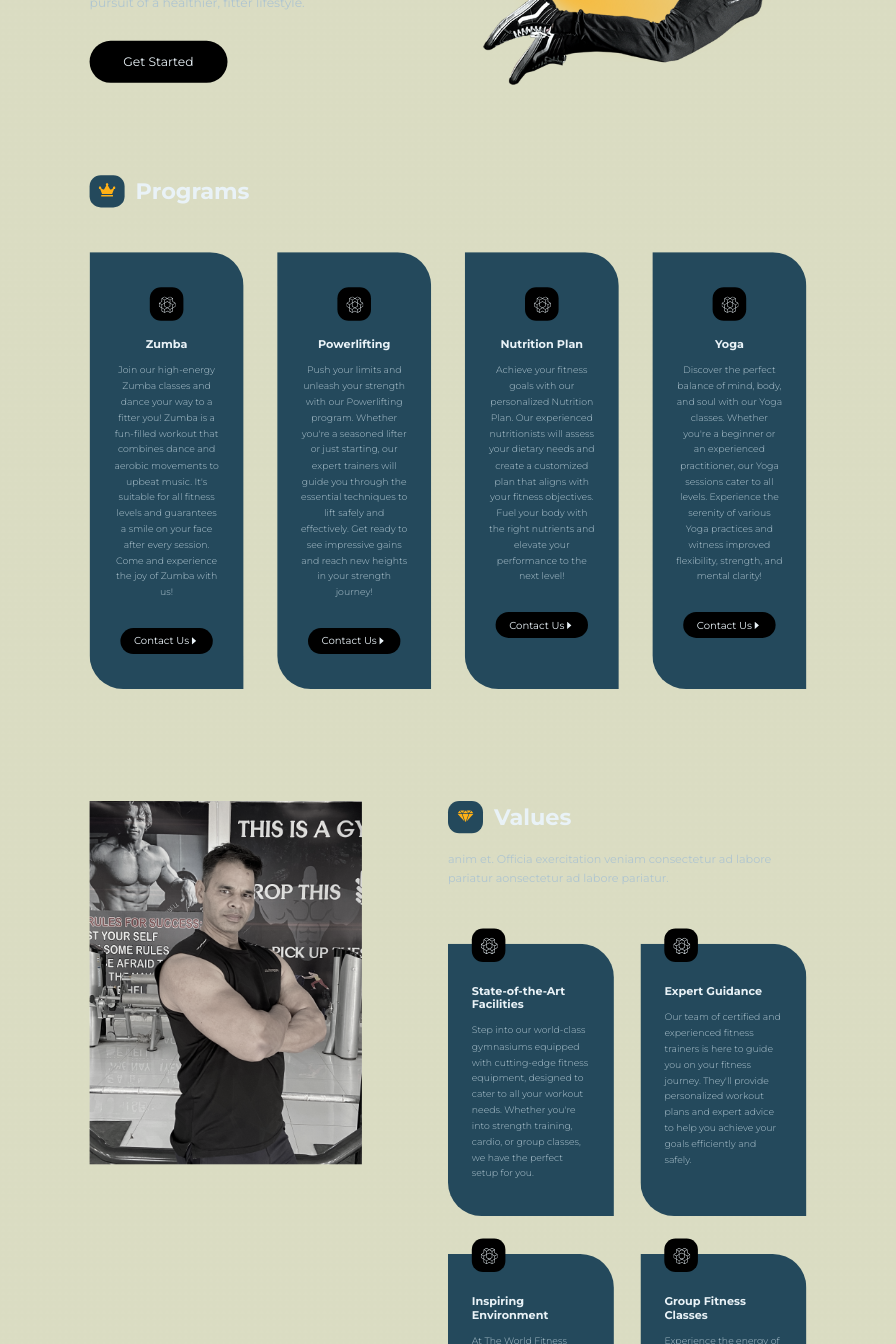
Repository: aryaMode/gym-portfolio
Page: /
The author's editor kept a copy of each file at every save. The page is drawn from the files as they stood at one save, then again after a run of saves.
The browser window is 1280 px wide. The pictures show the part of the page from y = 526 to 2446 px (the page is 4873 px tall), at 70% of full size.
The project was rebuilt for these pictures with package versions that can differ from the ones it lists, and the page was loaded fresh each time. Also part of the build but not shown: src/pages/about/about.css, src/components/Header.jsx, src/pages/about/About.jsx, src/pages/contact/contact.css, src/pages/contact/Contact.jsx, src/pages/gallery/gallery.css, src/pages/gallery/Gallery.jsx, src/pages/notFound/notFound.css and 6 more.

Above is the page before, as saved 2023-07-20 17:44:03.

### public/index.html
<!DOCTYPE html>
<html lang="en">

<head>
    <meta charset="UTF-8">
    <meta http-equiv="X-UA-Compatible" content="IE=edge">
    <meta name="viewport" content="width=device-width, initial-scale=1.0">
    <title>Portfolio Website</title>
    <!-- GOOGLE FONTS (montserrat) -->
    <link href="https://fonts.googleapis.com/css2?family=Montserrat:wght@300;400;500;600;700&display=swap"
        rel="stylesheet">
</head>

<body>
    <div id="root"></div>
</body>

</html>

### src/App.jsx
// rafce -> shortcut to create component and export
import { BrowserRouter, Routes, Route } from "react-router-dom";
import React from "react";
import Home from "./pages/home/Home";
import About from "./pages/about/About";
import Contact from "./pages/contact/Contact";
import Gallery from "./pages/gallery/Gallery";
import NotFound from "./pages/notFound/NotFound";
import Plans from "./pages/plans/Plans";
import Trainers from "./pages/trainers/Trainers";
import Navbar from "./components/Navbar";
import Footer from "./components/Footer";

const App = () => {
	return (
		<BrowserRouter>
			<Navbar />
			<Routes>
				<Route index element={<Home />} />
				<Route path="about" element={<About />} />
				<Route path="contact" element={<Contact />} />
				<Route path="gallery" element={<Gallery />} />
				<Route path="plans" element={<Plans />} />
				<Route path="trainers" element={<Trainers />} />
				<Route path="*" element={<NotFound />} />
			</Routes>
			<Footer />
		</BrowserRouter>
	);
};

export default App;

### src/index.css
 *, *::before, *::after{
    margin: 0;
    padding: 0;
    border: 0;
    outline: 0;
    list-style: none;
    text-decoration: none;
    box-sizing: border-box;
 }

 /* CSS Global variable starts with :root {...} check w3school docs for more  info */
 :root{
    --primary-hue: 210;
    --gray-hue: 200;
    /* hsl (hue, saturation, lightness) */
    --color-primary: black;
    --color-primary-variant: hsl(var(--primary-hue), 100%, 65%);
    --color-secondary: #ffb116;
    --color-gray-100: hsl(var(--gray-hue), 47%, 94%); /*almost white colour lightness is almost 100%*/
    	/* 0.11	0.97	0.54 */
    --color-gray-200: hsl(var(--gray-hue), 26%, 75%);
    --color-gray-300: hsl(var(--gray-hue), 24%, 64%);
    --color-gray-400: hsl(var(--gray-hue), 16%, 41%);
    --color-gray-500: hsl(var(--gray-hue), 44%, 25%);
    --color-gray-600: hsl(var(--gray-hue), 48%, 15%);

    --container-width-lg: 80%;
    --container-width-md: 90%;

    --transition: all 500ms ease; /* make sure all transition have a constant effect*/
 }

  /******************** GENERAL STYLES ********************/
  body{
    font-family: "Montserrat", sans-serif;
    color: var(--color-gray-200);
    line-height: 1.7;
    overflow-x: hidden;
    background: rgb(218, 220, 194) url(./images/bg_texture.png);
  }

  .container{
    width: var(--container-width-lg);
    max-width: 1920px;
    margin-inline: auto;
  }

  h1, h2, h3, h4, h5 {
    line-height: 1.2;
    color: var(--color-gray-100);
  }

  h1 {
    font-size: 3rem;
  }

  h2 {
    font-size: 2rem ;
  }

  a {
    color: var(--color-gray-100);
  }

  img{
    display: block;
    object-fit: cover;
    width: 100%;
}

.btn {
    color: var(--color-gray-100);
    width: fit-content;
    margin: 0 auto;
    padding: 0.9rem 2rem;
    background: var(--color-primary);
    border-radius: 1.5rem;
    transition: var(--transition);
}

.btn:hover {
    background: var(--color-secondary);
    color: var(--color-gray-600);
}

.btn.lg {
    padding: 1.2rem 3rem;
    border-radius: 2rem;
    font-size: 1.1rem;
}

.btn.sm {
    padding: 0.4rem 1.2rem;
    font-size: 0.9rem;
}

.btn.sm:hover {
    background: var(--color-gray-100);
}

/******************** SECTION REUSABLE STYLES ********************/
section {
    margin-top: 10rem;
}

.section__head {
    display: flex;
    align-items: center;
    gap: 1rem;
}

.section__head span {
    background: var(--color-gray-500);
    padding: 0.3rem 0.8rem 0;
    border-radius: 1rem;
    color: var(--color-secondary);
    font-size: 1.5rem;
}

.card {
    background: var(--color-gray-500);
    border: 2px solid transparent;
    text-align: center;
    padding: 3rem 2rem;
    border-radius: 0 3rem 0 3rem;
    transition: var(--transition);
}

.card:hover {
    background: transparent;
    border-color: var(--color-gray-400);
    cursor: default;
}

.card span {
    width: 3rem;
    height: 3rem;
    background: var(--color-primary);
    color: var(--color-gray-100);
    font-size: 1.5rem;
    padding: 0.8rem;
    display: grid;
    place-items: center;
    margin-bottom: 1.5rem;
    margin-inline: auto;
    border-radius: 1rem;
    transition: var(--transition);
}

.card:hover span {
    background: var(--color-secondary);
    color: var(--color-gray-500)
}

.card small {
    margin-top: 1rem;
    display: block;
    font-weight: 300;
}

.header {
    margin-top: 5rem;
    height: 20rem;
    overflow: hidden;
    border-bottom: 2px solid var(--color-gray-400);
}

.header__container {
    width: 100%;
    height: 100%;
    position: relative;
    display: grid;
    place-items: center;
    background: #0000;
}

.header__container-lg {
    position: absolute;
    width: 100%;
}

.header__container-lg img {
    opacity: 0.5;
}

.header__content {
    position: relative;
    width: 44%;
    margin: 0 auto;
    text-align: center;
    color: var(--color-gray-100);
}

.header__content h2 {
    margin-bottom: 1rem;
}

.header__content p {
    color: rgba(255, 255, 255, 0.7, green, blue, alpha);
}






/******************** MEADIA QUERIES (medium screens) ********************/
@media screen and (max-width: 1024px) {
    .container {
        width: var(--container-width-md);
    }

    h1 {
        font-size: 2rem;
    }

    h2 {
        font-size: 1.6rem;
    }

    .header__content {
        width: 76%;
    }
}

/******************** MEADIA QUERIES (small screens) ********************/
@media screen and (max-width: 600px) {
    h1 {
        font-size: 2.2rem;
        line-height: 1.3;
    }

    section {
        margin-top: 7rem;
    }

    .header {
        height: fit-content;
    }

    .header__content {
        width: var(--container-width-md);
        padding: 3rem 0;
    }

    .header__content p {
        font-size: 0.85rem;
    }
}

### src/pages/home/Home.jsx
import React from "react";
import "./home.css";
import MainHeader from "../../components/MainHeader";
import Program from "../../components/Program";
import Values from "../../components/Values";
import FAQs from "../../components/FAQs";
import Testimonial from "../../components/Testimonial";
// import Footer from "../../components/Footer";

const Home = () => {
	return (
		<>
			<MainHeader />
			<Program />
			<Values />
			<FAQs />
			<Testimonial />
			{/* <Footer /> comment this out so footer wount be double */}
		</>
	);
};

export default Home;

### src/components/Navbar.jsx
import { useState } from "react";
import {logoName} from "../data";
import { Link, NavLink } from "react-router-dom";
// NavLink comes with an isactive prop which we can use to detect which page we on
// so we can have a special style for that link
import React from "react";
import Logo from "../images/logo.png";
import { links } from "../data";
import { GoThreeBars } from "react-icons/go";
import { MdOutlineClose } from "react-icons/md";
import "./navbar.css";

const Navbar = () => {
	const [isNavShowing, setIsNavShowing] = useState(false);

	const handleNavToggle = () => {
		return setIsNavShowing((prevVAlue) => {
			return !prevVAlue;
		});
	};

	return (
		<nav>
			<div className="container nav__container">
				<Link to="/" className="logo" onClick={handleNavToggle}>
					{/* <img src={Logo} alt="Nav-logo" /> */}
					<div>{logoName}</div>
				</Link>
				<ul
					className={`nav__links ${isNavShowing ? "show__nav" : "hide__nav"}`}
				>
					{/* Destructure the links array of object from the links to get each item */}
					{links.map(({ name, path }, index) => {
						return (
							<li key={index}>
								<NavLink
									to={path}
									className={({ isActive }) => (isActive ? "active-nav" : "")}
									onClick={handleNavToggle}
								>
									{name}
								</NavLink>
							</li>
						);
					})}
				</ul>
				<button onClick={handleNavToggle} className="nav__toggle-btn">
					{isNavShowing ? <MdOutlineClose /> : <GoThreeBars />}
				</button>
			</div>
		</nav>
	);
};

export default Navbar;

// export PATH=$PATH:/home/daveworld/bin

### src/components/Footer.jsx
import React from "react";
import { Link } from "react-router-dom";
import {logoName} from "../data";
import Logo from "../images/logo.png";
import { FaYoutube } from "react-icons/fa";
import { FaFacebookF } from "react-icons/fa";
import { AiOutlineTwitter } from "react-icons/ai";
import { AiFillInstagram } from "react-icons/ai";

const Footer = () => {
	return (
		<footer>
			<div className="container footer__container">
				<article>
					<Link to="/" className="logo">
						{/* <img src={Logo} alt="Footer Logo" /> */}
					{logoName}
					</Link>
					<p>
						Consectetur non nostrud enim nostrud est culpa ullamco incididunt
						nisi. Consectetur non nostrud enim nostrud est culpa ullamco
						incididunt nisi.
					</p>
					<div className="footer__socials">
						<a
							href="https://youtube.com/@Thesandeep325"
							target="_blank"
							rel="noreferrer noopener"
						>
							<FaYoutube />
						</a>
						<a
							href="https://www.facebook.com/profile.php?id=100000823973714&mibextid=LQQJ4d"
							target="_blank"
							rel="noreferrer noopener"
						>
							<FaFacebookF />
						</a>

						<a
							href="https://instagram.com/the_world_fitness_zone_?igshid=MzRlODBiNWFlZA=="
							target="_blank"
							rel="noreferrer noopener"
						>
							<AiFillInstagram />
						</a>
					</div>
				</article>
				<article>
					<h4>Permalinks</h4>
					<Link to="/about">About</Link>
					<Link to="/plans">Plans</Link>
					<Link to="/trainers">Trainers</Link>
					<Link to="/gallery">Gallery</Link>
					<Link to="/contact">Contact</Link>
				</article>
				<article>
					<h4>Insights</h4>
					<Link to="/s">Blog</Link>
					<Link to="/s">Case Studies</Link>
					<Link to="/s">Events</Link>
					<Link to="/s">Communities</Link>
					<Link to="/constact">FAQs</Link>
				</article>
				<article>
					<h4>Get In Touch</h4>
					<Link to="/contact">Plans</Link>
					<Link to="/s">Trainers</Link>
				</article>
			</div>
			<br />
			<br />
			<br />
			<br />
		</footer>
	);
};

export default Footer;

### src/components/MainHeader.jsx
import React from "react";
import { Link } from "react-router-dom";
import Image from "../images/main_header.png";

const MainHeader = () => {
	return (
		<header className="main__header">
			<div className="container main__header-container">
				<div className="main__header-left">
					<h4>Welcome to The World Fitness Zone, Karnal!</h4>
					<h1>Unleash Your Potential with The World Fitness Zone

</h1>
					<p>
					Are you ready to take your fitness journey to the next level? Look no further than The World Fitness Zone - Karnal's premier fitness destination. We are not just a gym; we are a community of fitness enthusiasts who believe in the power of transformation and the pursuit of a healthier, fitter lifestyle.
					</p>
					<Link to="/contact" className="btn lg">
						Get Started
					</Link>
				</div>
				<div className="main__header-right">
					<div className="main__header-circle"></div>
					<div className="main__header-image">
						<img src={Image} alt="MainHeaderImage" />
					</div>
				</div>
			</div>
		</header>
	);
};

export default MainHeader;

### src/components/Program.jsx
import React from "react";
import { FaCrown } from "react-icons/fa";
import SectionHead from "./SectionHead";
import { programs } from "../data";
import Card from "../UI/Card";
import { Link } from "react-router-dom";
import { AiFillCaretRight } from "react-icons/ai";

const Program = () => {
	return (
		<section className="programs">
			<div className="container programs container">
				<SectionHead icon={<FaCrown />} title="Programs" />

				<div className="program__wrapper">
					{programs.map(({ id, icon, title, info, path }) => {
						return (
							<Card className="programs__program" key={id}>
								<span>{icon}</span>
								<h4>{title}</h4>
								<small>{info}</small>
								<Link to={path} className="btn sm">
									Contact Us <AiFillCaretRight />
								</Link>
							</Card>
						);
					})}
				</div>
			</div>
		</section>
	);
};

export default Program;

### src/components/Values.jsx
import React from "react";
import Image from "../images/values.jpg";
import SectionHead from "./SectionHead";
import { GiCutDiamond } from "react-icons/gi";
import { values } from "../data";
import Card from "../UI/Card";

const Values = () => {
	return (
		<section className="values">
			<div className="container values__container">
				<div className="values__left">
					<div className="values__image">
						<img src={Image} alt="values Image" />
					</div>
				</div>
				<div className="values__right">
					<SectionHead icon={<GiCutDiamond />} title="Values" />
					<p>
						anim et. Officia exercitation veniam consectetur ad labore pariatur
						aonsectetur ad labore pariatur.
					</p>
					<div className="values__wrapper">
						{values.map(({ id, icon, title, desc }) => {
							return (
								<Card className="values__value" key={id}>
									<span>{icon}</span>
									<h4>{title}</h4>
									<small>{desc}</small>
								</Card>
							);
						})}
					</div>
				</div>
			</div>
		</section>
	);
};

export default Values;

### src/components/FAQs.jsx
import React from "react";
import { FaQuestion } from "react-icons/fa";
import { faqs } from "../data";
import FAQ from "./FAQ";
import SectionHead from "./SectionHead";
const FAQs = () => {
	return (
		<section className="faqs">
			<div className="container faqs__container">
				<SectionHead icon={<FaQuestion />} title="FAQs" />
				<div className="faqs__wrapper">
					{faqs.map(({ id, question, answer }) => {
						return <FAQ key={id} question={question} answer={answer} />;
					})}
				</div>
			</div>
		</section>
	);
};

export default FAQs;

### src/components/Testimonial.jsx
import React, { useState } from "react";
import SectionHead from "./SectionHead";
import { ImQuotesLeft } from "react-icons/im";
import Card from "../UI/Card";
import {
	IoIosArrowDropleftCircle,
	IoIosArrowDroprightCircle,
} from "react-icons/io";
import { testimonials } from "../data";

const Testimonial = () => {
	const [index, setIndex] = useState(0);
	const { name, quote, job, avatar } = testimonials[index];

	const handlePreviousTestimonial = () => {
		setIndex((prevValue) => {
			return prevValue - 1;
		});
		if (index <= 0) {
			setIndex(testimonials.length - 1);
		}
	};
	const handleAfterTestimonial = () => {
		setIndex((prevValue) => {
			return prevValue + 1;
		});
		if (index >= testimonials.length - 1) {
			setIndex(0);
		}
	};

	return (
		<section className="testimonials">
			<div className="container testimonial__container">
				<SectionHead
					icon={<ImQuotesLeft />}
					title="Testimonials"
					className="testimonials__head"
				/>
				<Card className="testimonial">
					<div className="testimonial__avatar">
						<img src={avatar} alt={name} />
					</div>
					<p className="testimonial__quote">{`"${quote}"`}</p>
					<h5>{name}</h5>
					<small className="testimonial__title">{job}</small>
				</Card>
				<div className="testimonial__btn-container">
					<button
						className="testimonials__btn"
						onClick={handlePreviousTestimonial}
					>
						<IoIosArrowDropleftCircle />
					</button>
					<button
						className="testimonials__btn"
						onClick={handleAfterTestimonial}
					>
						<IoIosArrowDroprightCircle />
					</button>
				</div>
			</div>
		</section>
	);
};

export default Testimonial;

### src/UI/Card.jsx
import React from "react";

const Card = ({ className, children }) => {
	return <article className={`card ${className}`}>{children}</article>;
};

export default Card;

### src/components/navbar.css
nav{
    height: 5rem;
    width: 100vw; /*100% of the window/browser*/
    background: var(--color-primary);
    display: grid;
    place-items: center;
    position: fixed; /*commnt this to see hiden layers*/
    top: 0;
    left: 0;
    z-index: 99; /* makes sure it sit on all items*/
}

/* Only show on medium and small screens */
.nav__toggle-btn {
    display: none;
}

.nav__container {
    height: 100%;

    display: flex;
    justify-content: space-between;
    align-items: center;
    position: relative;
}

.logo{
    width: 50vw;
    font-size: 1rem;
    font-weight: bold;
    margin-right: 50px;
    display: flex;
}

.nav__links{
    display: flex;
    gap: 3.5rem;
    align-items: center;
}

.nav__links a {
    transition: var(--transition);
}

.nav__links a:hover {
    color: var(--color-secondary);
}

.active-nav {
    position: relative;
}

.active-nav::after{
    content: "";
    display: block;
    width: 1.2rem;
    height: 1.2rem;
    background-color: var(--color-primary);
    position: absolute;
    left: calc(50% - 0.6rem);
    transform: rotate(45deg);
    margin-top: 0.9rem;
}

 /******************** MEDIA QUERIES (mesium and small screens) ********************/
 @media screen and (max-width: 1024px) {
    .nav__toggle-btn {
        display: inline-block;
        background: transparent;
        font-size: 1.8rem;
        cursor: pointer;
    }

    .nav__toggle-btn svg{
        color: var(--color-gray-100);
    }

    .nav__links {
        position: absolute;
        top: 100%;
        right: 0;
        flex-direction: column;
        gap: 0;
        perspective: 400px;
    }

    .active-nav {
        display: none;
    }

    .active-nav, .active-nav::after{
        display: none;
    }

    .nav__links li {
        height: 4rem;
        width: 100%;
        box-shadow: -2rem 2rem 5rem rgba(0, 0, 0, 0.5);
        animation: navAnimation 600ms ease forwards;
        transform: rotateX(90deg);
        opacity: 0;
        transform-origin: top;
    }

    .nav__links li:nth-child(2) {
        animation-delay: 200ms;
    }
    .nav__links li:nth-child(3) {
        animation-delay: 400ms;
    }
    .nav__links li:nth-child(4) {
        animation-delay: 600ms;
    }
    .nav__links li:nth-child(5) {
        animation-delay: 800ms;
    }
    .nav__links li:nth-child(6) {
        animation-delay: 1s;
    }
    .nav__links li:nth-child(7) {
        animation-delay: 1.2s;
    }

    @keyframes navAnimation {
        to {
            transform: rotateX(0);
            opacity: 1;
        }
    }

    .nav__links li a {
        background-color: var(--color-primary);
        height: 100%;
        width: 100%;
        display: flex;
        align-items: center;
        padding: 1rem 5rem 1rem 3rem;
    }

    .show__nav {
        display: flex;
    }

    .hide__nav {
        display: none;
    }

 }

### src/components/SectionHead.jsx
import React from "react";

// A reuseable component for each section name
const SectionHead = ({ icon, title, className }) => {
	return (
		<div className={`section__head ${className}`}>
			<span>{icon}</span>
			<h2>{title}</h2>
		</div>
	);
};

export default SectionHead;

### src/components/FAQ.jsx
import React, { useState } from "react";
import { AiOutlinePlus } from "react-icons/ai";
import { AiOutlineMinus } from "react-icons/ai";

const FAQ = ({ question, answer }) => {
	const [isAnswerShowing, setIsAnswerShowing] = useState(false);

	const handleFAQ = () => {
		return setIsAnswerShowing((prevValue) => {
			return !prevValue;
		});
	};

	return (
		<article className="faq" onClick={handleFAQ}>
			<div>
				<h4>{question}</h4>
				<button className="faq__icon">
					{isAnswerShowing ? <AiOutlineMinus /> : <AiOutlinePlus />}
				</button>
			</div>
			{isAnswerShowing && <p>{answer}</p>}
		</article>
	);
};

export default FAQ;

Loaded but not shown: src/index.js (common file); src/data.js (331 lines, source omitted); src/pages/home/home.css (412 lines, source omitted)

After the next 2 saves:
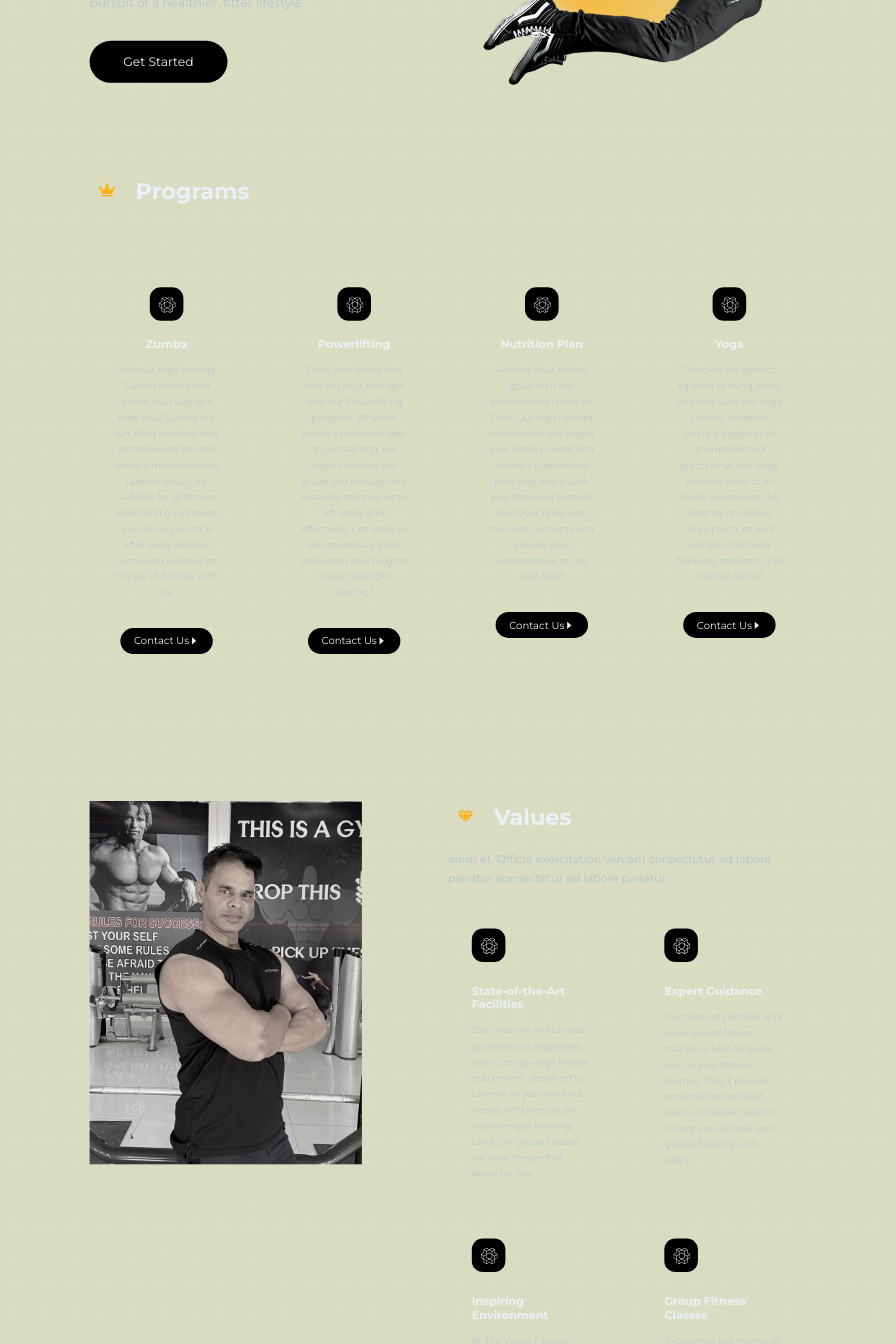
The 2 saves are shown as one change because they came seconds apart.
The last was saved 8 s later.
--- a/src/index.css
+++ b/src/index.css
@@ -21,7 +21,7 @@
     --color-gray-200: hsl(var(--gray-hue), 26%, 75%);
     --color-gray-300: hsl(var(--gray-hue), 24%, 64%);
     --color-gray-400: hsl(var(--gray-hue), 16%, 41%);
-    --color-gray-500: hsl(var(--gray-hue), 44%, 25%);
+    --color-gray-500: hsl(11%, 44%, 25%);
     --color-gray-600: hsl(var(--gray-hue), 48%, 15%);
 
     --container-width-lg: 80%;
